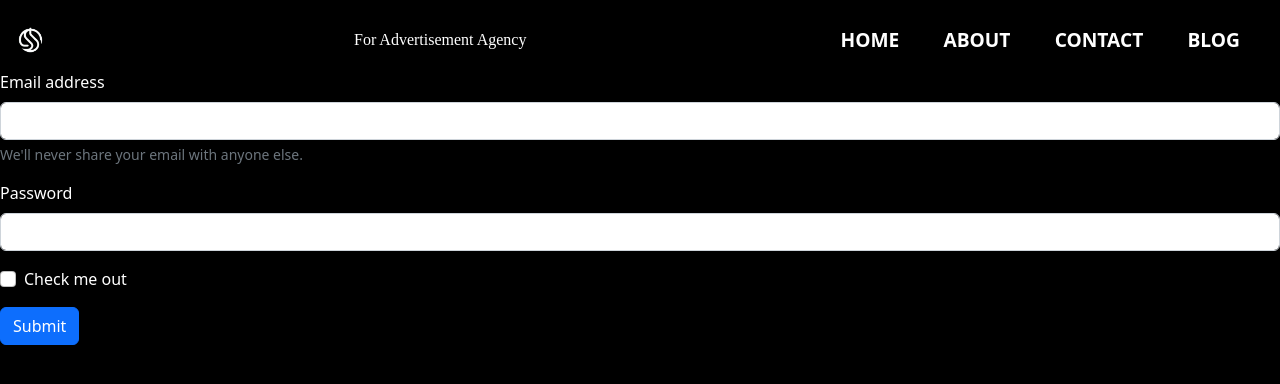
Repository: jaseem1999/sdCommunity
Page: http://localhost/sdCommunity/AdvSign.jsp
These files come from the project's save history. The page is drawn as it stood at one moment and after the next save; the edit follows.
The browser window is 1280 px wide. The pictures show the whole page.
The page is served by Tomcat 9.

Above is the page before, as saved 2023-10-16 17:54:15.

After the next save:
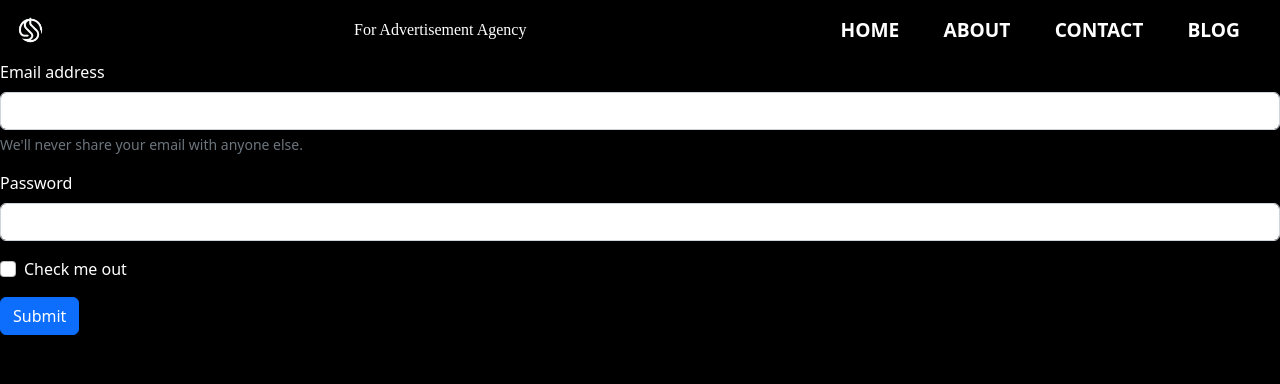
Saved 7 s later.
--- a/sdCommunity/src/main/webapp/AdvSign.jsp
+++ b/sdCommunity/src/main/webapp/AdvSign.jsp
@@ -23,7 +23,7 @@ a {
   display: flex;
   justify-content: space-between;
   align-items: center;
-  padding-top: 10px;
+  padding-top: 0px;
 }
 
 
